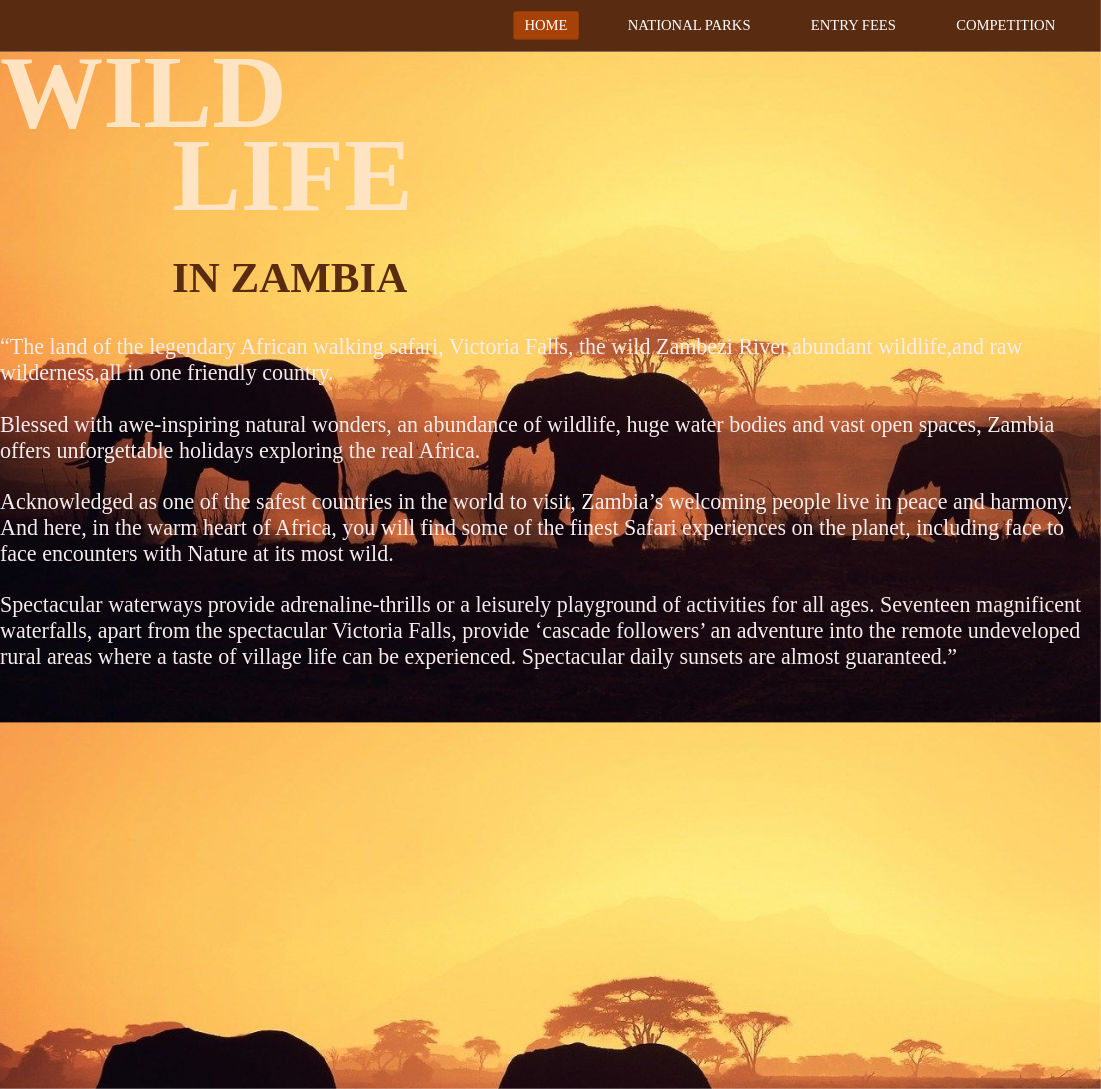
Repository: Lungdjos/web_assignment_3rd_yr
Page: home/index.html
The author's editor kept a copy of each file at every save. The page is drawn from the files as they stood at one save, then again after the next save.
The browser window is 1280 px wide. The pictures show the whole page, at 86% of full size.
Some web libraries are served in a nearby version.

Above is the page before, as saved 2021-06-18 15:28:18.

### home/index.html
<!DOCTYPE html>
<html lang="en">

<head>
    <meta charset="UTF-8">
    <meta http-equiv="X-UA-Compatible" content="IE=edge">
    <meta name="viewport" content="width=device-width, initial-scale=1.0">
    <link rel="stylesheet" href="index.css">


    <title>Home</title>
    <script src="https://kit.fontawesome.com/a076d05399.js"></script>
</head>

<body>
    <nav>
        <input type="checkbox" id="check">
        <label for="check" class="checkbtn">
            <i class="fas fa-bars"></i>
        </label>
        <label class="logo">  </label>

        <ul>
            <li><a class="active" href="#">Home</a></li>
            <li><a class="dropdown" href="#">National Parks</a>
                <ul class="drop">
                    <li>
                        <a href="/national parks/lower_zambezi/Lower_Zambezi.html">Lower Zambezi</a>
                    </li>
                    <li>
                        <a href="/national parks/mosi-oa-tunia/Mosi-oa-Tunya.html">Mosi oa Tunia</a>
                    </li>
                    <li>
                        <a href="/national parks/south_luangwa/South_Luangwa.html">South Luangwa</a>
                    </li>
                    <li>
                        <a href="/national parks/north_luangwa/North_Luangwa.html">North Luangwa</a>
                    </li>
                </ul>
            </li>
            <li><a href="/entry fee/entry_fee.html">Entry Fees</a></li>
            <li><a href="/competition/competition.html">Competition</a></li>

        </ul>
    </nav>
    <div>
        <section>
            <div>
                <p class="welcome">
                    <strong class="num1">WILD</strong><br>
                    <strong class="num2">LIFE</strong><br>
                    <strong class="num3">IN ZAMBIA</strong>
                </p>
            </div>
            <br>
            <div>
                <p class="para2">
                    <q>The land of the legendary African walking safari, Victoria Falls, the wild Zambezi River,abundant wildlife,and raw wilderness,all in one friendly country. <br><br>Blessed with awe-inspiring natural wonders, an abundance of wildlife,
                    huge water bodies and vast open spaces, Zambia offers unforgettable holidays exploring the real Africa. <br><br>Acknowledged as one of the safest countries in the world to visit, Zambia’s welcoming people live in peace and harmony. And here,
                    in the warm heart of Africa, you will find some of the finest Safari experiences on the planet, including face to face encounters with Nature at its most wild.<br> <br>Spectacular waterways provide adrenaline-thrills or a leisurely playground
                    of activities for all ages. Seventeen magnificent waterfalls, apart from the spectacular Victoria Falls, provide ‘cascade followers’ an adventure into the remote undeveloped rural areas where a taste of village life can be experienced.
                    Spectacular daily sunsets are almost guaranteed.</q></p>
            </div>

        </section>
    </div>


</body>

</html>

### home/index.css
    * {
        padding: 0;
        margin: 0;
        text-decoration: none;
        box-sizing: border-box;
    }

    body {
        font-family: montserrat;
    }

    nav {
        background: #592C12;
        height: 60px;
        width: 100%;
    }

    label.logo {
        color: white;
        font-size: 35;
        line-height: 60px;
        padding: 0 100px;
        font-weight: bold;
    }

    nav ul {
        float: right;
        margin-right: 20px;
    }

    nav ul li {
        display: inline-block;
        line-height: 60px;
        margin: 0 20px;
    }

    nav ul li a {
        color: white;
        font-size: 17px;
        padding: 7px 13px;
        border-radius: 3px;
        text-transform: uppercase;
    }

    a.active,
    a:hover {
        background: #A64208;
        transition: 0.5s;
    }

    .checkbtn {
        font-size: 30px;
        color: white;
        float: right;
        line-height: 60px;
        margin-right: 40px;
        cursor: pointer;
        display: none;
    }

    #check {
        display: none;
    }

    @media (max-width: 1080px) {
        label.logo {
            font-size: 30px;
            padding-left: 50px;
        }
        nav ul li a {
            font-size: 16px;
        }
    }

    @media (max-width: 1080px) {
        .checkbtn {
            display: block;
        }
        ul {
            position: fixed;
            width: 100%;
            height: 100vh;
            background: #592C12;
            top: 80px;
            left: -100%;
            text-align: center;
            transition: all 0.5s;
        }
        nav ul li {
            display: block;
            margin: 50px 0;
            line-height: 20px;
        }
        nav ul li a {
            font-size: 20px;
            font-family: Arial, Helvetica, sans-serif;
        }
        a:hover,
        a.active {
            background: none;
            color: #F2D1B3;
        }
        #check:checked~ul {
            left: 0;
        }
    }

    section {
        background: url(/assets/images/elephants.jpg);
        background-size: no repeat;
        height: calc(180vh - 90px);
    }
    /**New Content Added*/

    nav ul li ul a {
        display: block;
        padding: 0 15px;
        color: white;
        text-decoration: none;
    }

    nav ul li:hover>ul {
        display: block;
    }

    nav ul ul {
        position: absolute;
        top: 30px;
        list-style-type: none;
        line-height: 60px;
    }

    nav ul ul li {
        display: none;
    }

    nav ul ul a {
        width: 100%;
        float: none;
        display: list-item;
        position: relative;
    }

    nav ul ul li a {
        display: list-item;
        list-style-type: none;
        position: inherit;
    }
    /**Wild Life Formatting*/

    .welcome {
        color: bisque;
        font-size: 120px;
        line-height: 0.8em;
    }

    strong#01 {
        font-size: 100px;
        font-family: Arial, Helvetica, sans-serif;
    }

    .num2 {
        margin-left: 200px;
    }

    .num3 {
        color: #592C12;
        font-size: 50px;
        margin-left: 200px;
    }

    .para2 {
        font-variant-position: initial;
        font-size: 1.6em;
        color: rgb(247, 236, 236);
        display: relative;
        float: initial;
    }

After the next save:
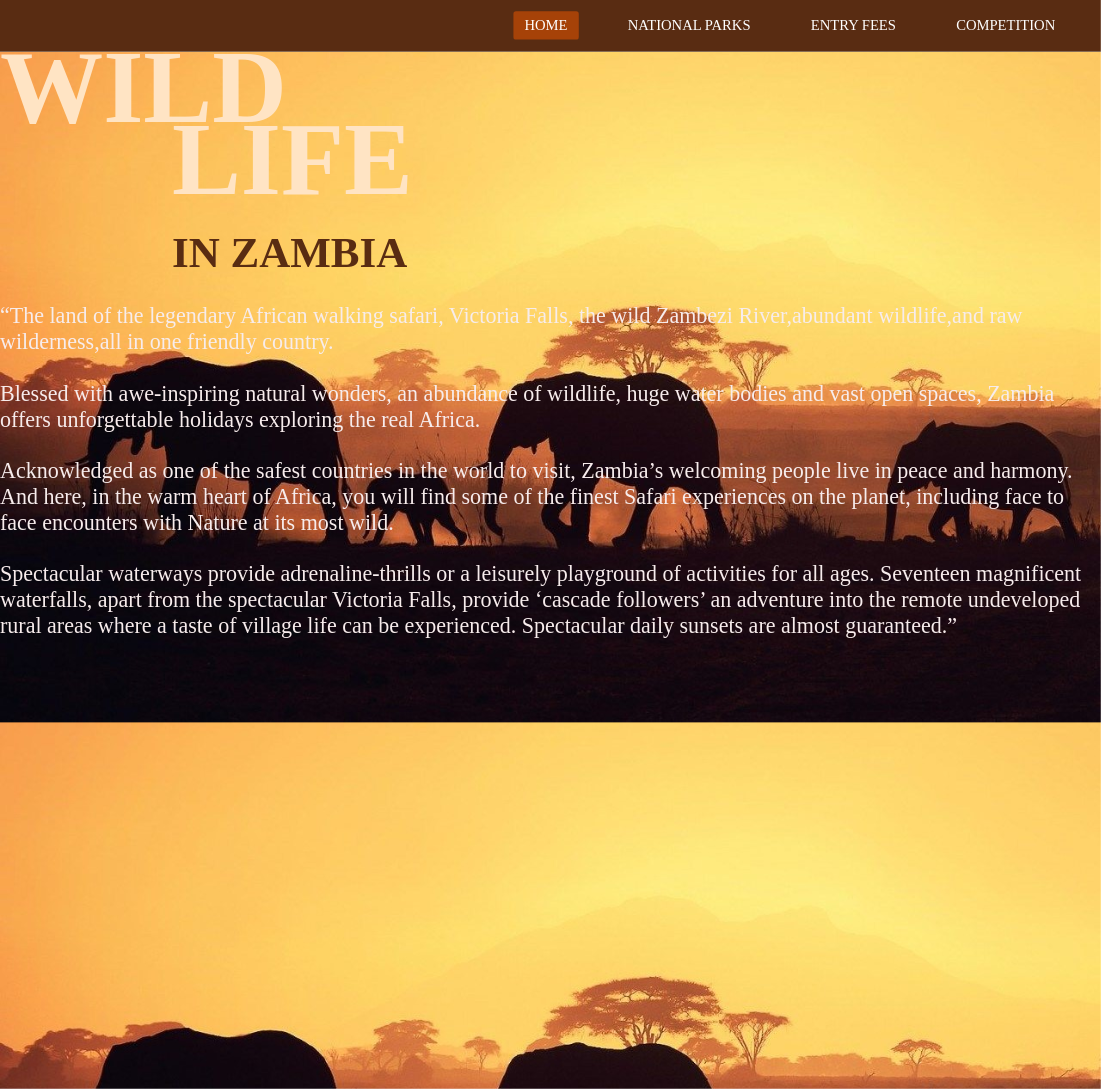
Saved 10 s later.
--- a/home/index.css
+++ b/home/index.css
@@ -151,7 +151,7 @@
     .welcome {
         color: bisque;
         font-size: 120px;
-        line-height: 0.8em;
+        line-height: 0.7em;
     }
 
     strong#01 {
